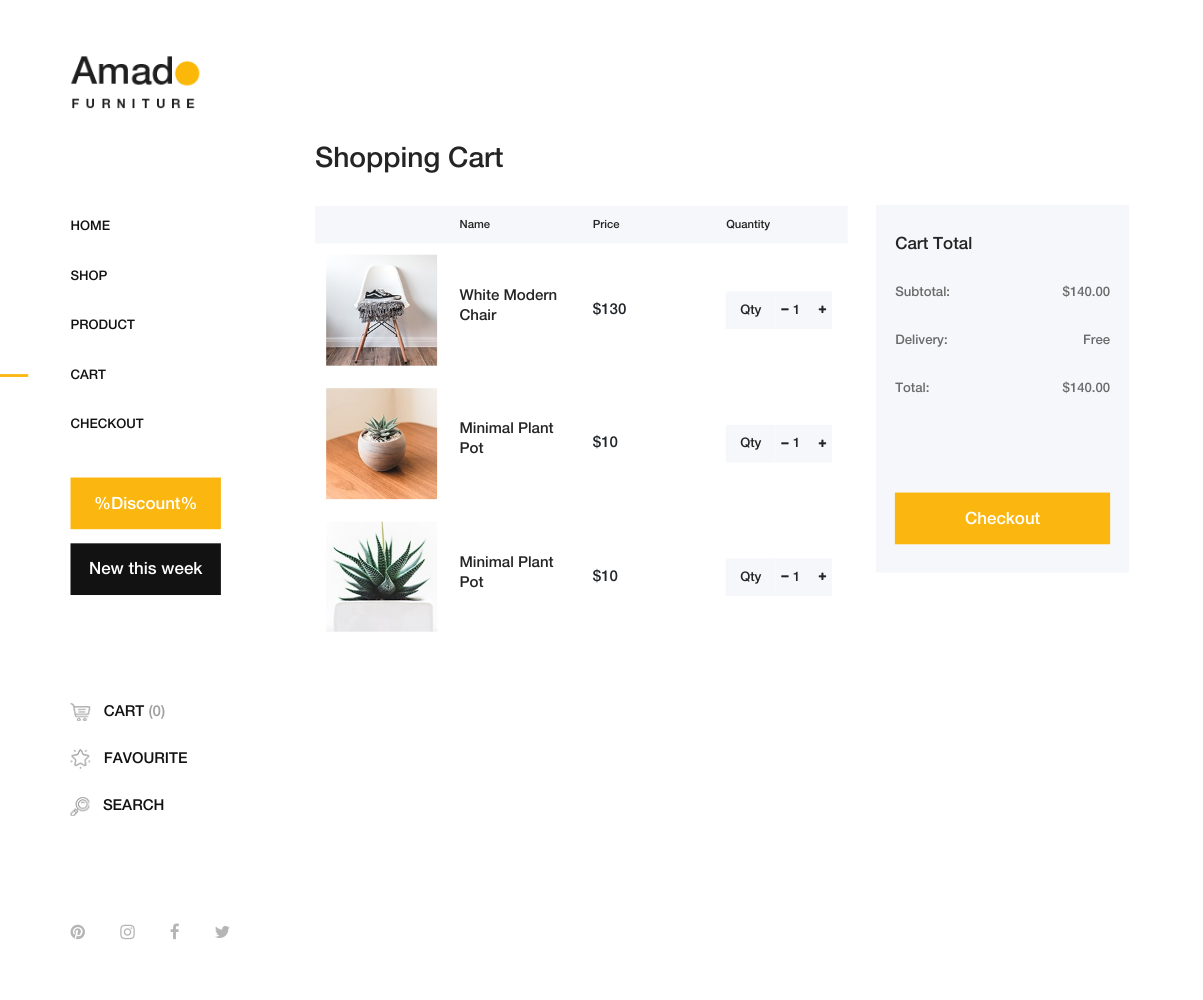
Repository: robbietaek/Java_Spring_Framework_Study
Page: http://localhost/team/WEB-INF/user/cart.jsp
These files come from the project's save history. The page is drawn as it stood at one moment and after the next save; the edit follows.
The browser window is 1280 px wide. The pictures show the whole page, at 94% of full size.
The page is served by Tomcat 9. Nobody is signed in. The template is opened directly, without the code that normally fills it, so the values that code supplies are empty.

Above is the page before, as saved 2019-12-29 11:46:39.

After the next save:
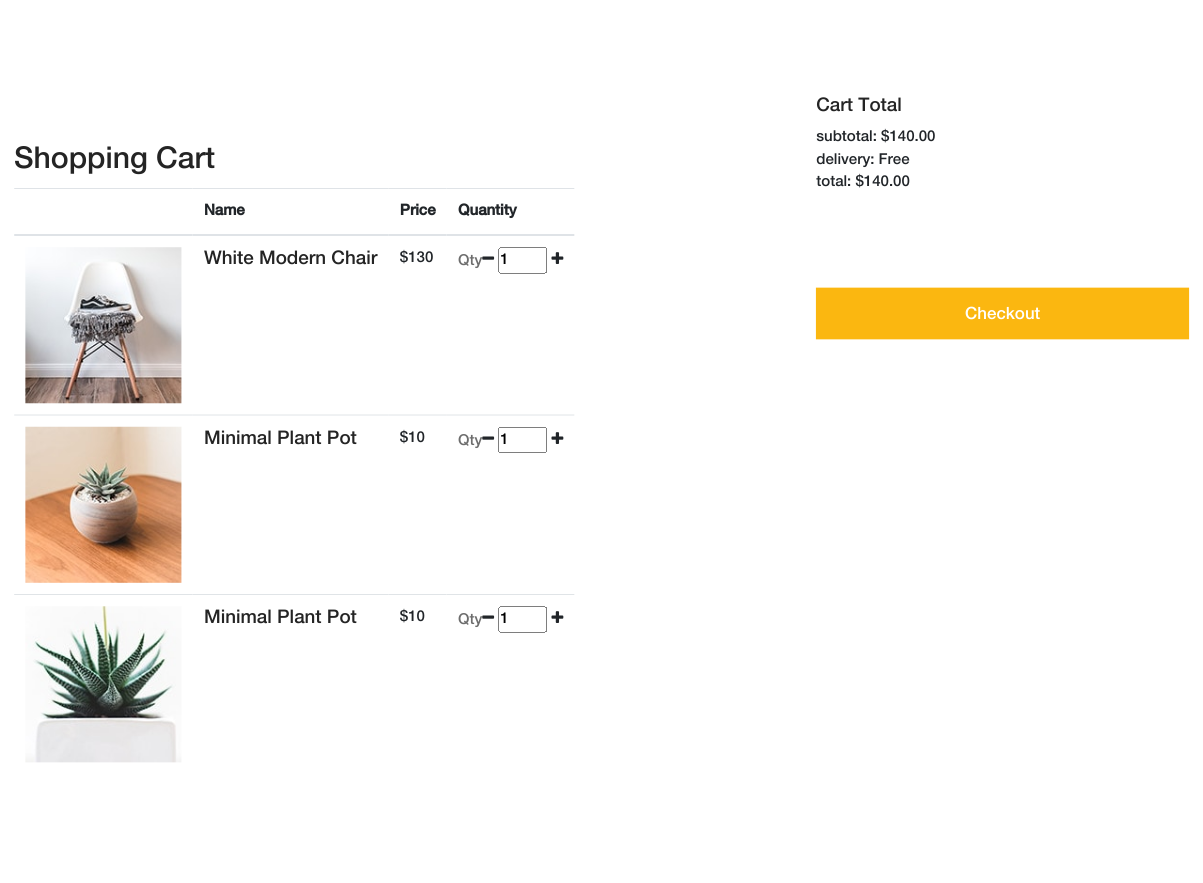
Saved 26 s later.
--- a/team/src/main/webapp/WEB-INF/user/cart.jsp
+++ b/team/src/main/webapp/WEB-INF/user/cart.jsp
@@ -23,64 +23,6 @@
 </head>
 
 <body>
-
-
-    <!-- ##### Main Content Wrapper Start ##### -->
-    <div class="main-content-wrapper d-flex clearfix">
-
-        <!-- Mobile Nav (max width 767px)-->
-        <div class="mobile-nav">
-            <!-- Navbar Brand -->
-            <div class="amado-navbar-brand">
-                <a href="index.html"><img src="img/core-img/logo.png" alt=""></a>
-            </div>
-            <!-- Navbar Toggler -->
-            <div class="amado-navbar-toggler">
-                <span></span><span></span><span></span>
-            </div>
-        </div>
-
-        <!-- Header Area Start -->
-        <header class="header-area clearfix">
-            <!-- Close Icon -->
-            <div class="nav-close">
-                <i class="fa fa-close" aria-hidden="true"></i>
-            </div>
-            <!-- Logo -->
-            <div class="logo">
-                <a href="index.html"><img src="img/core-img/logo.png" alt=""></a>
-            </div>
-            <!-- Amado Nav -->
-            <nav class="amado-nav">
-                <ul>
-                    <li><a href="index.html">Home</a></li>
-                    <li><a href="shop.html">Shop</a></li>
-                    <li><a href="product-details.html">Product</a></li>
-                    <li class="active"><a href="cart.html">Cart</a></li>
-                    <li><a href="checkout.html">Checkout</a></li>
-                </ul>
-            </nav>
-            <!-- Button Group -->
-            <div class="amado-btn-group mt-30 mb-100">
-                <a href="#" class="btn amado-btn mb-15">%Discount%</a>
-                <a href="#" class="btn amado-btn active">New this week</a>
-            </div>
-            <!-- Cart Menu -->
-            <div class="cart-fav-search mb-100">
-                <a href="cart.html" class="cart-nav"><img src="img/core-img/cart.png" alt=""> Cart <span>(0)</span></a>
-                <a href="#" class="fav-nav"><img src="img/core-img/favorites.png" alt=""> Favourite</a>
-                <a href="#" class="search-nav"><img src="img/core-img/search.png" alt=""> Search</a>
-            </div>
-            <!-- Social Button -->
-            <div class="social-info d-flex justify-content-between">
-                <a href="#"><i class="fa fa-pinterest" aria-hidden="true"></i></a>
-                <a href="#"><i class="fa fa-instagram" aria-hidden="true"></i></a>
-                <a href="#"><i class="fa fa-facebook" aria-hidden="true"></i></a>
-                <a href="#"><i class="fa fa-twitter" aria-hidden="true"></i></a>
-            </div>
-        </header>
-        <!-- Header Area End -->
-
         <div class="cart-table-area section-padding-100">
             <div class="container-fluid">
                 <div class="row">
